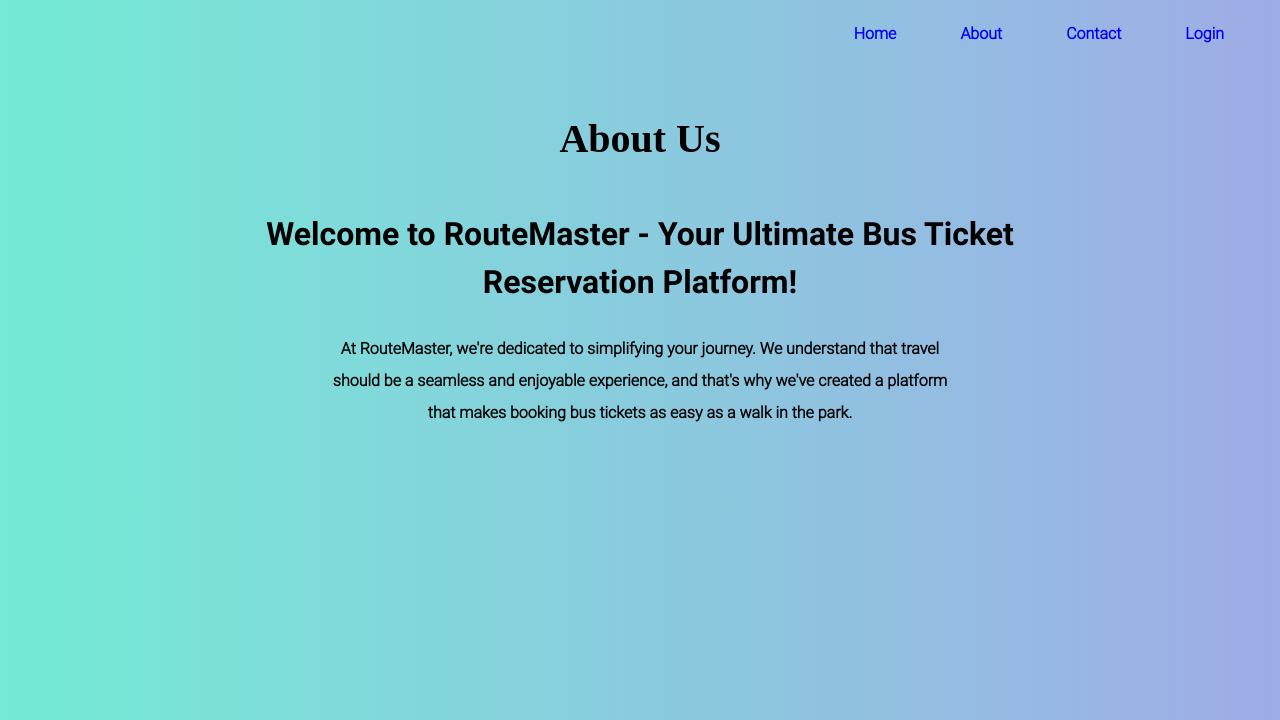
Repository: Savindushehan/RouteMaster-Group-project
Page: http://localhost/RouterMaster/AboutUs.jsp
An editor plug-in stored every save of this project. The page is shown before and after the next save, followed by the edit.
The browser window is 1280 px wide. The pictures show the whole page.
The page is served by Tomcat 10.

Above is the page before, as saved 2023-10-23 09:16:52.
Console error: TypeError: Cannot set properties of null (setting 'onmousemove')

After the next save:
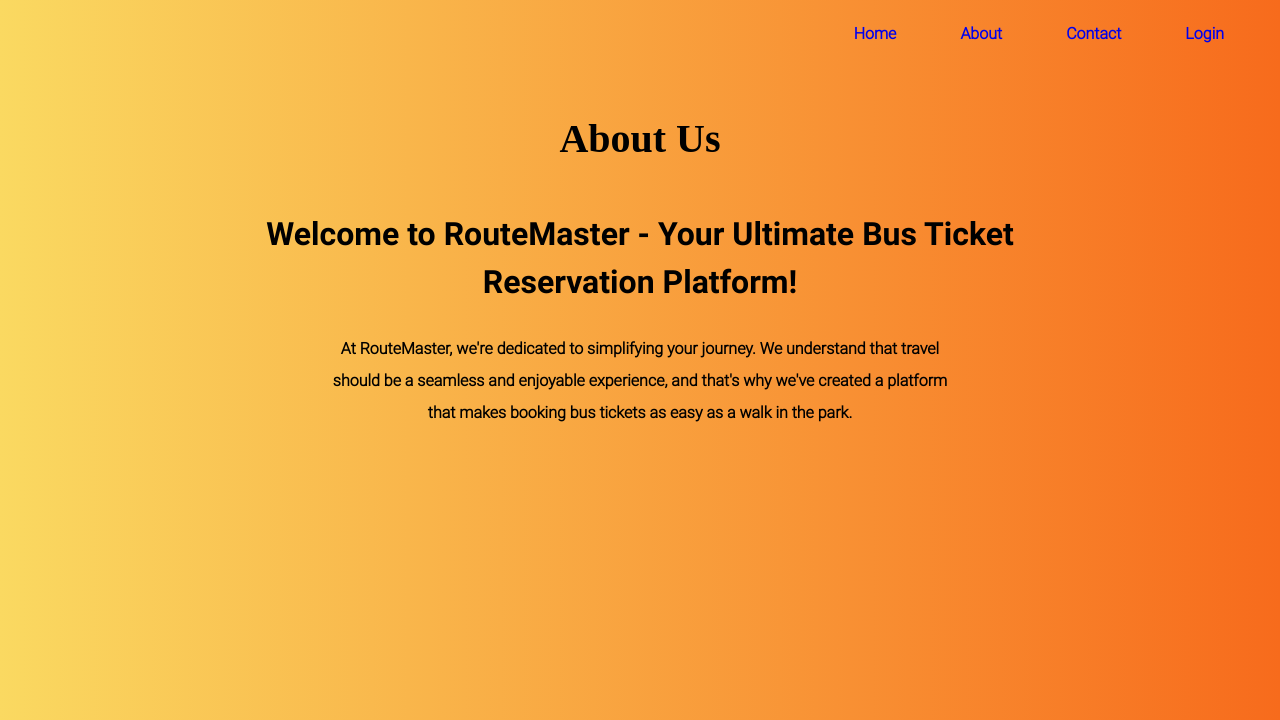
Saved 23 s later.
--- a/RouteMaster/RouterMaster/src/main/webapp/AboutUs.jsp
+++ b/RouteMaster/RouterMaster/src/main/webapp/AboutUs.jsp
@@ -32,9 +32,8 @@
         body{
             margin: 0;
             padding: 0;
-background-color: #74EBD5;
-background-image: linear-gradient(90deg, #74EBD5 0%, #9FACE6 100%);
-
+background-color: #FAD961;
+background-image: linear-gradient(90deg, #FAD961 0%, #F76B1C 100%);
 
             background-size: cover;
             background-repeat: no-repeat;
